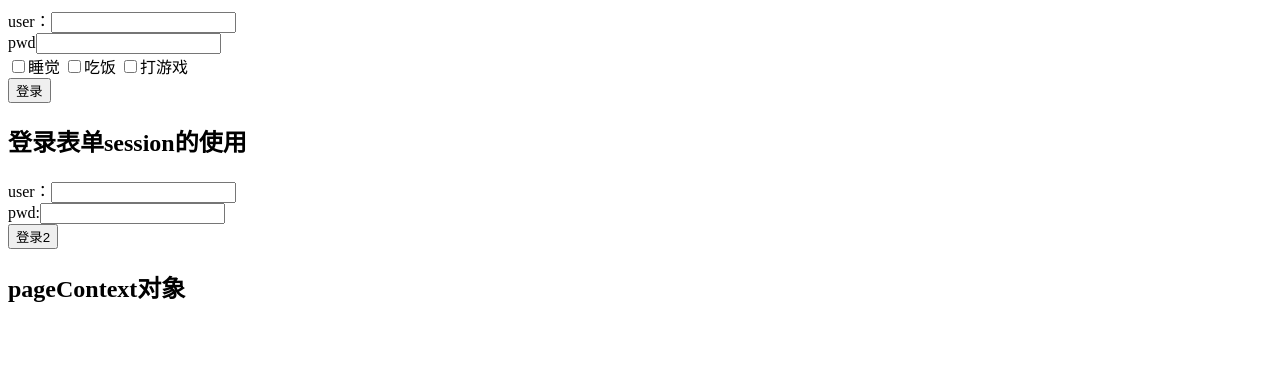
Repository: 0qiqi0/DOM-CSS-JS-JSP-study
Page: http://localhost/JSP2_02_inner_obj/request.jsp
These files come from the project's save history. The page is drawn as it stood at one moment and after the next save; the edit follows.
The browser window is 1280 px wide. The pictures show the whole page.
The page is served by Tomcat 9.

Above is the page before, as saved 2016-01-29 12:51:20.

### JSP2_02_inner_obj/WebContent/request.jsp
<%@ page language="java" contentType="text/html; charset=UTF-8"
    pageEncoding="UTF-8"%>
<!DOCTYPE html PUBLIC "-//W3C//DTD HTML 4.01 Transitional//EN" "http://www.w3.org/TR/html4/loose.dtd">
<html>
<head>
<meta http-equiv="Content-Type" content="text/html; charset=UTF-8">
<title>Insert title here</title>
</head>
<body>
	<form action="request_receive.jsp" method="post" >
		user：<input type="text" name="user"/><br/>
		pwd<input type="password" name="pwd"/><br/>
		<input type="checkbox" name="likes" value="睡觉">睡觉
		<input type="checkbox" name="likes" value="吃饭">吃饭
		<input type="checkbox" name="likes" value="打游戏">打游戏<br/>



		<input type="submit" value="登录"/><br/>
	</form>
	<h2>登录表单session的使用</h2>
	<form action="session.jsp" method="post" >
		user：<input type="text" name="name"/><br/>
		pwd:<input type="password" name="pwd"/><br/>
		<input type="submit" value="登录2"/><br/>
	</form>

	<h2>pageContext对象</h2>
	<%
		//通过pageContext上下文对象获取当前页面的其他内置对象
		pageContext.getRequest();
		pageContext.getOut();
		String path=request.getContextPath();
	%>
</body>
</html>

After the next save:
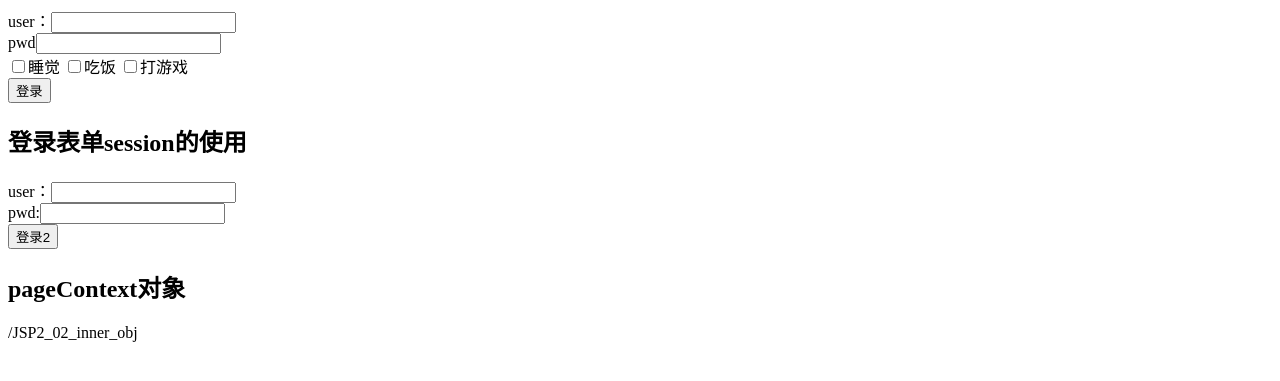
Saved 52 s later.
--- a/JSP2_02_inner_obj/WebContent/request.jsp
+++ b/JSP2_02_inner_obj/WebContent/request.jsp
@@ -31,6 +31,7 @@
 		pageContext.getRequest();
 		pageContext.getOut();
 		String path=request.getContextPath();
+		out.println(path);
 	%>
 </body>
 </html>
